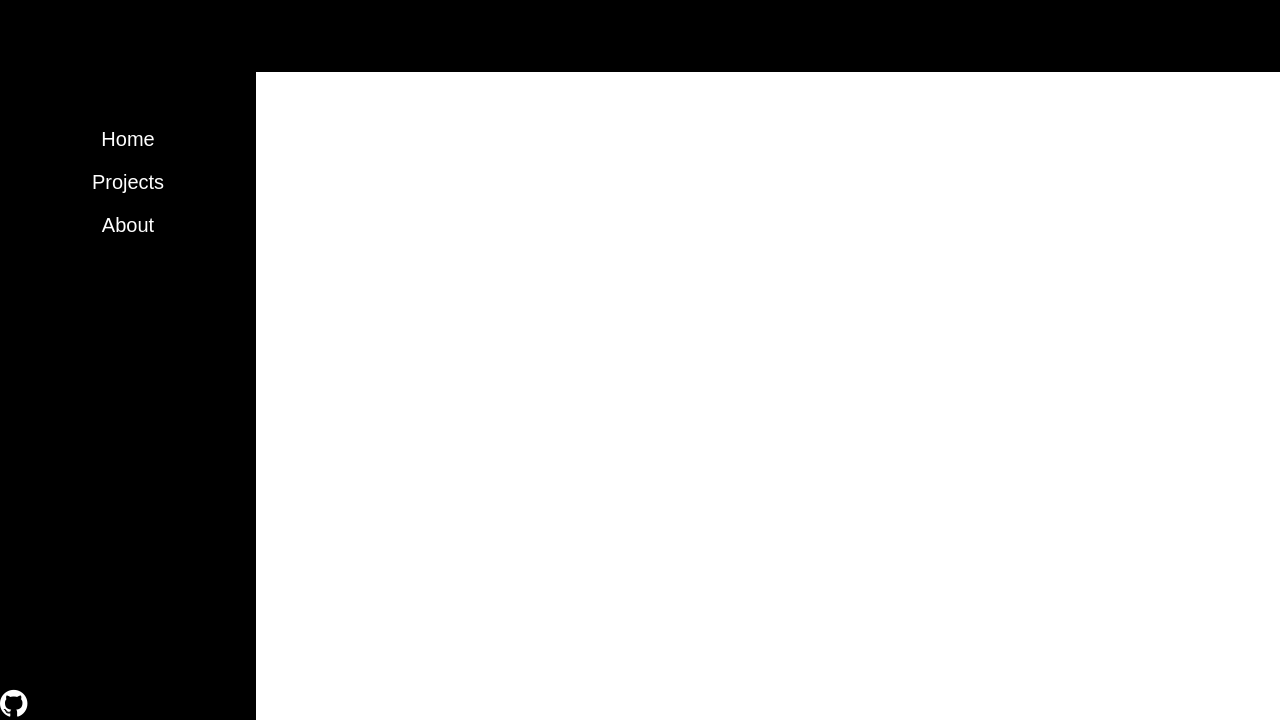
Repository: josephinel6/josephinel6.github.io
Page: index.html
An editor plug-in stored every save of this project. The page is shown before and after a run of saves, followed by the edit.
The browser window is 1280 px wide. The pictures show the whole page.

Above is the page before, as saved 2023-04-04 10:58:57.

After the next 2 saves:
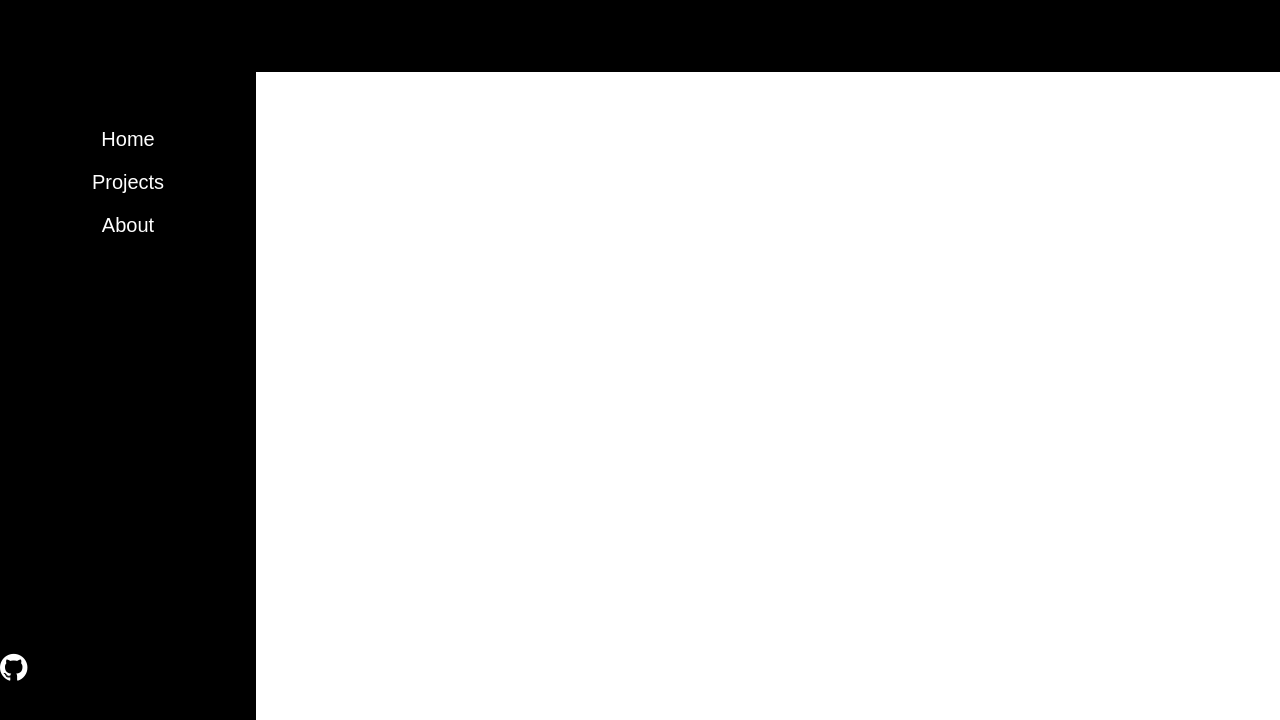
The 2 saves are shown as one change because they came seconds apart.
The last was saved 9 s later.
--- a/index.html
+++ b/index.html
@@ -70,7 +70,7 @@
             </CENTER>
         </div>
         <CENTER>
-            <div style="position:absolute; bottom:0">
+            <div style="position:absolute; bottom:5%">
                 <a href="https://github.com/josephinel6" class="fa fa-github fa-2x" style="text-decoration: none"></a>
             </div>
         </CENTER>
